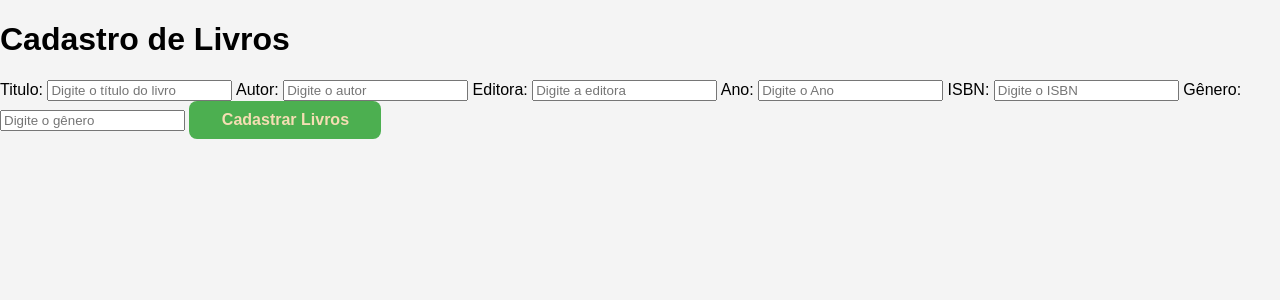
Repository: cleytonds/Biblioteca
Page: templates/cadastro_livros.HTML
An editor plug-in stored every save of this project. The page is shown before and after the next save, followed by the edit.
The browser window is 1280 px wide. The pictures show the whole page.

Above is the page before, as saved 2025-11-17 16:00:17.

After the next save:
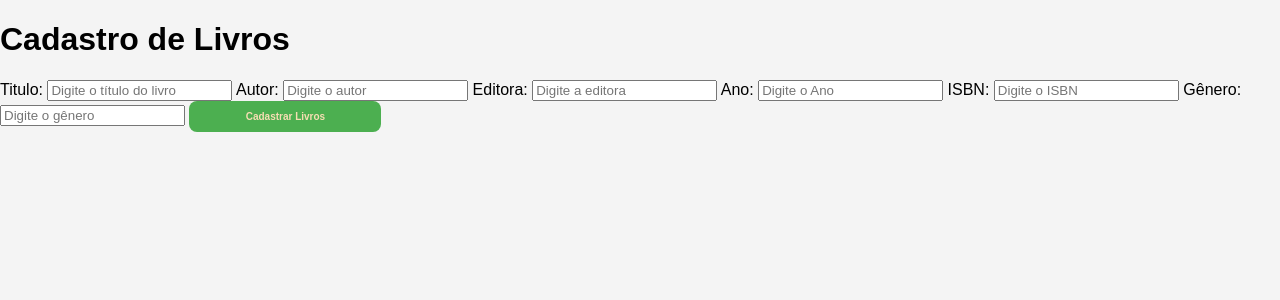
Saved 10 s later.
--- a/Static/cadastroDeLivros.css
+++ b/Static/cadastroDeLivros.css
@@ -42,7 +42,7 @@ body{
     padding: 10px;
     background-color: #4caf50;
     color: wheat;
-    font-size: 16px;
+    font-size: 10px;
     font-weight: bold;
     border: none;
     border-radius: 8px;
